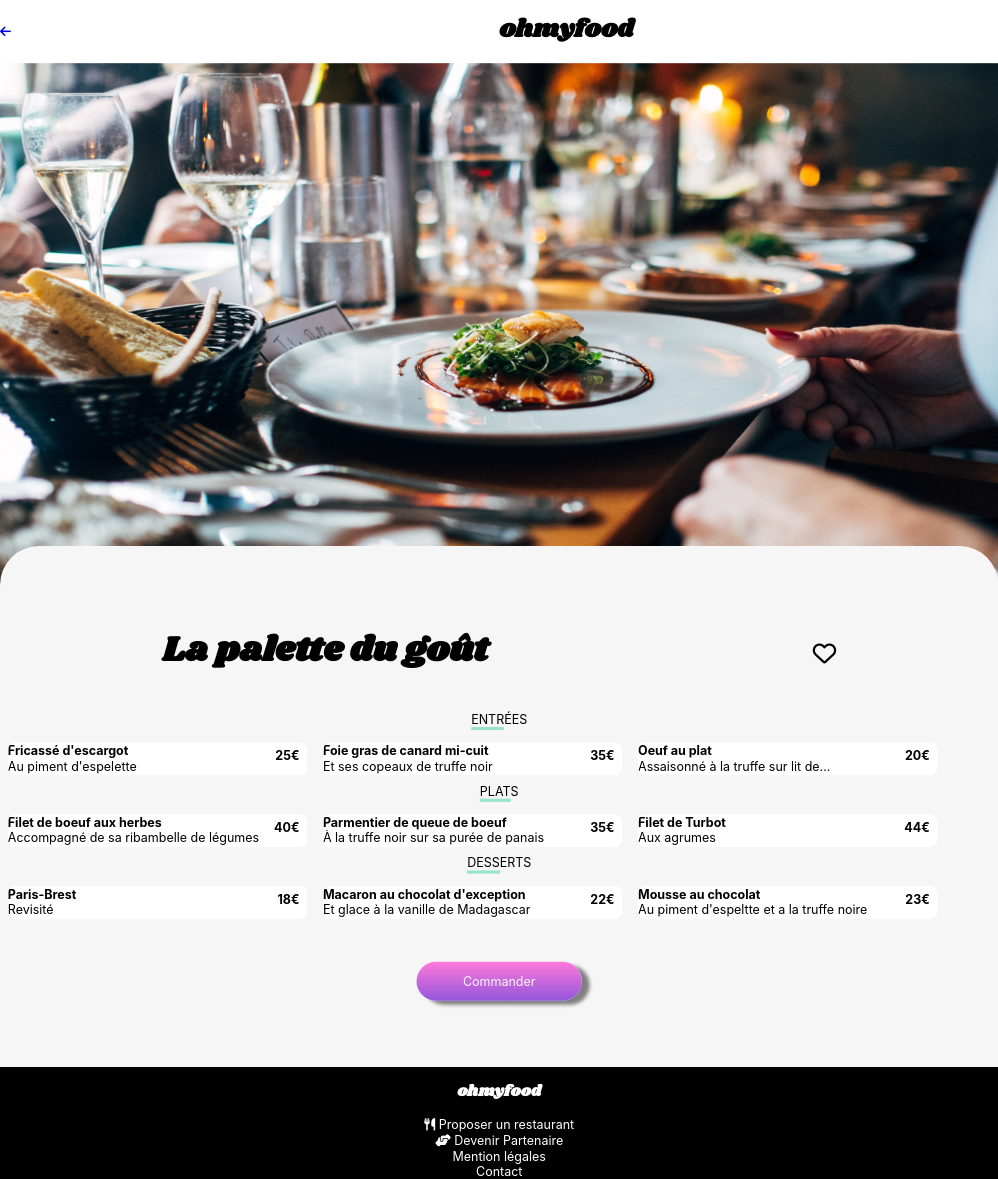
Repository: yacinebouk/ohmyfood
Page: palette.html
The author's editor kept a copy of each file at every save. The page is drawn from the files as they stood at one save, then again after the next save.
The browser window is 1280 px wide. The pictures show the whole page, at 78% of full size.
Some web libraries are served in a nearby version. The style sheet was rebuilt from its Sass, Less or Tailwind sources for each picture, by a compiler version that may differ from the author's.

Above is the page before, as saved 2022-07-07 17:38:25.

### palette.html
<!DOCTYPE html>
<html lang="fr">

<head>
    <script src="https://kit.fontawesome.com/225bbe1e2d.js" crossorigin="anonymous"></script>
    <meta charset="utf-8" />
    <title>ohmyfood</title>
    <link rel="stylesheet" href="css/francaise.css" />
    <meta name="viewport" content="width=device-width, initial-scale=1">

</head>

<body>
    <main>
        <header>
            <div class="tittle-head">
                <div class="logo-tittle"><a href="./index.html"><i class="fa-solid fa-arrow-left"></i></a></div>
                <h1 class="tittle">ohmyfood</h1>
            </div>
            <div class="img-restaurant"><img src="./images/restaurants/jay-wennington-N_Y88TWmGwA-unsplash.jpg" style="height:100%;width: 100%" class="logo" alt="francaise"></div>
        </header>
        <section class="food">
            <div class="french-tittle">
                <h2><b>La palette du goût</b> </h2>
                <div class="logo-heart"><i class="fa-regular fa-heart gradient"></i></div>
            </div>
            <div class="starter">
                <div class="tittle"><span>ENTR</span>ÉES</div>
                <div class="block">
                    <div class="border">
                        <div class="text">
                            <div class="major"><b>Fricassé d'escargot</b></div>
                            <div class="flavors">Au piment d'espelette</div>
                        </div>
                        <div class="block-price">
                            <div class="price"><b>25€</b></div>
                            <div class="icon-slide"><i class="fa-solid fa-circle-check"></i></div>
                        </div>
                    </div>
                    <div class="border">
                        <div class="text">
                            <div class="major"><b>Foie gras de canard mi-cuit</b></div>
                            <div class="flavors">Et ses copeaux de truffe noir</div>
                        </div>
                        <div class="block-price">
                            <div class="price"><b>35€</b></div>
                            <div class="icon-slide"><i class="fa-solid fa-circle-check"></i></div>
                        </div>
                    </div>
                    <div class="border">
                        <div class="text">
                            <div class="major"><b>Oeuf au plat</b></div>
                            <div class="flavors">Assaisonné à la truffe sur lit de...</div>
                        </div>
                        <div class="block-price">
                            <div class="price"><b>20€</b></div>
                            <div class="icon-slide"><i class="fa-solid fa-circle-check"></i></div>
                        </div>
                    </div>
                </div>
                <div class="dishes">
                    <div class="tittle"><span>PLAT</span>S</div>
                    <div class="block">
                        <div class="border">
                            <div class="text">
                                <div class="major"><b>Filet de boeuf aux herbes</b></div>
                                <div class="flavors">Accompagné de sa ribambelle de légumes</div>
                            </div>
                            <div class="block-price">
                                <div class="price"><b>40€</b></div>
                                <div class="icon-slide"><i class="fa-solid fa-circle-check"></i></div>
                            </div>
                        </div>
                        <div class="border">
                            <div class="text">
                                <div class="major"><b>Parmentier de queue de boeuf</b></div>
                                <div class="flavors">À la truffe noir sur sa purée de panais</div>
                            </div>
                            <div class="block-price">
                                <div class="price"><b>35€</b></div>
                                <div class="icon-slide"><i class="fa-solid fa-circle-check"></i></div>
                            </div>
                        </div>
                        <div class="border">
                            <div class="text">
                                <div class="major"><b>Filet de Turbot</b></div>
                                <div class="flavors">Aux agrumes</div>
                            </div>
                            <div class="block-price">
                                <div class="price"><b>44€</b></div>
                                <div class="icon-slide"><i class="fa-solid fa-circle-check"></i></div>
                            </div>
                        </div>
                    </div>
                </div>
            </div>
            <div class="dessert">
                <div class="tittle"><span>DESS</span>ERTS</div>
                <div class="block">
                    <div class="border">
                        <div class="text">
                            <div class="major"><b>Paris-Brest</b></div>
                            <div class="flavors">Revisité</div>
                        </div>
                        <div class="block-price">
                            <div class="price"><b>18€</b></div>
                            <div class="icon-slide"><i class="fa-solid fa-circle-check"></i></div>
                        </div>
                    </div>
                    <div class="border">
                        <div class="text">
                            <div class="major"><b>Macaron au chocolat d'exception</b></div>
                            <div class="flavors">Et glace à la vanille de Madagascar</div>
                        </div>
                        <div class="block-price">
                            <div class="price"><b>22€</b></div>
                            <div class="icon-slide"><i class="fa-solid fa-circle-check"></i></div>
                        </div>
                    </div>
                    <div class="border">
                        <div class="text">
                            <div class="major"><b>Mousse au chocolat</b></div>
                            <div class="flavors">Au piment d'espeltte et a la truffe noire</div>
                        </div>
                        <div class="block-price">
                            <div class="price"><b>23€</b></div>
                            <div class="icon-slide"><i class="fa-solid fa-circle-check"></i></div>
                        </div>
                    </div>
                </div>
            </div>
            <div class="order">
                <span>Commander</span>
            </div>
        </section>
        <footer>
            <div class="frame-end">
                <h3>ohmyfood</h3>
                <div class="end">
                    <div class="propose"> <i class="fa-solid fa-utensils"></i> Proposer un restaurant</div>
                    <div class="partner"> <i class="fa-solid fa-handshake-angle"></i> Devenir Partenaire</div>
                    <div class="mention">Mention légales</div>
                    <div class="contact">
                        <a href="mailto:lorem@hotmail.com">Contact</a></div>
                </div>
            </div>
        </footer>
    </main>
</body>

### style/francaise.scss
         @font-face {
             font-family: 'Shrikhand';
             src: url('./Shrikhand-Regular.otf');
         }

         html {
             font-family: -apple-system, BlinkMacSystemFont, 'Segoe UI', Roboto, Oxygen, Ubuntu, Cantarell, 'Open Sans', 'Helvetica Neue', sans-serif;
         }

         header {
             height: 700px;
         }

         main {
             font-size: 16px;
         }

         body {
             margin: 0;
         }

         .img-restaurant {
             height: 100%;
             position: relative;
         }

         .tittle-head {
             display: flex;
             flex-direction: row;
         }

         .logo-heart {
             text-align: center;
             padding-top: 47px;
         }

         .logo-tittle {
             padding-top: 30px;
             width: 50%;
         }

         .food {
             padding-top: 30px;
             display: flex;
             flex-direction: column;
             justify-content: center;
             background-color: #f6f6f6;
             position: relative;
             width: 100%;
             border-radius: 50px 50px 0px 0px;
             height: auto;
         }

         .french-tittle {
             font-size: 30px;
             display: flex;
             flex-direction: row;
             justify-content: center;
             padding-top: 43px;
             padding-bottom: 10px;
             justify-content: space-around;
         }

         .french-text {
             padding-right: 30px;
         }

         .tittle {
             text-align: center;
         }

         .tittle span {
             border-bottom: #99E2D0 solid 4px;
         }

         .block {
             padding-top: 10px;
             display: flex;
             flex-direction: row;
         }

         .border {
             overflow: hidden;
             margin: 10px;
             border-radius: 10px;
             background-color: white;
             width: 30%;
             display: flex;
             justify-content: space-between;
             flex-direction: row;
             opacity: 0;
         }

         .border {
             animation: slideUp 1s forwards;
         }

         .border:nth-child(1) {
             animation-delay: .25s;
         }

         .border:nth-child(2) {
             animation-delay: 0.5s;
         }

         .border:nth-child(3) {
             animation-delay: 0.75s;
         }

         @keyframes slideUp {
             0% {
                 transform: translateY(20px);
             }
             100% {
                 transform: translateY(0px);
                 opacity: 1;
             }
         }

         .price {
             align-items: end;
             display: flex;
             padding: 15px 0px;
             padding-top: 7px;
             margin-right: 10px;
             transition-duration: 1000ms;
             & b {
                 overflow: hidden;
                 text-overflow: ellipsis;
                 transition-duration: 1000ms;
             }
         }

         footer {
             position: relative;
             clear: both;
         }

         .order {
             padding-top: 60px;
             text-align: center;
             padding-bottom: 100px;
         }

         .frame-end {
             text-align: center;
             background-color: black;
             color: white;
             display: flex;
             flex-direction: column;
         }

         h3 {
             font-family: 'Shrikhand';
             font-size: 20px;
         }

         h1 {
             font-family: 'Shrikhand';
         }

         h2 {
             font-family: 'Shrikhand';
         }

         .order span {
             box-shadow: grey 10px 5px 5px;
             background: linear-gradient(#FF79DA, #9356DC);
             border-radius: 50px 50px;
             padding: 15px 60px 15px 60px;
             color: #f6f6f6;
         }

         .border:hover .icon-slide {
             width: 40px;
         }

         .border:hover .icon-slide>i {
             transform: rotate(360deg);
         }

         .border:after .icon-slide {
             width: 10px;
         }

         .flavors {
             white-space: nowrap;
             overflow: hidden;
             text-overflow: ellipsis;
             display: block;
             width: 100%;
         }

         .icon-slide {
             transition: width 0.5s ease;
             width: 0px;
             align-items: center;
             background-color: #99E2D0;
             color: white;
             display: flex;
             justify-content: center;
             align-items: center;
             i {
                 transition: 0.5s;
             }
         }

         .text {
             overflow: hidden;
             text-overflow: ellipsis;
         }

         .flavors {
             overflow: hidden;
             text-overflow: ellipsis;
         }

         .major b {
             overflow: hidden;
             text-overflow: ellipsis;
             white-space: nowrap;
         }

         .major {
             overflow: hidden;
             text-overflow: ellipsis;
         }

         .block-price {
             display: flex;
             overflow: hidden;
         }

         .contact a {
             text-decoration: none white;
             color: white;
         }

         heart {
             cursor: pointer;
         }

         .heart-regular {
             z-index: 1;
             position: relative;
         }

         .heart-solid {
             visibility: hidden;
             z-index: 1;
             position: relative;
             font-weight: 900;
             background-image: linear-gradient(#9356DC, #FF79DA);
             -webkit-text-fill-color: transparent;
         }

         @keyframes colorout {
             0% {
                 opacity: 1;
             }
             100% {
                 opacity: 0;
             }
         }

         @keyframes colorin {
             0% {
                 opacity: 0;
             }
             100% {
                 opacity: 1;
             }
         }

         @media screen and (min-width: 320px) and (max-width: 768px) {
             .starter {
                 display: flex;
                 justify-content: space-between;
                 flex-direction: column;
             }
             header {
                 height: 400px;
             }
             .block {
                 display: flex;
                 justify-content: space-between;
                 flex-direction: column;
             }
             .border {
                 width: auto;
             }
             .french-tittle {
                 justify-content: space-between;
                 margin-left: 15px;
                 padding-top: 0;
             }
             .tittle {
                 text-align: initial;
                 margin-left: 15px;
             }
             h1 {
                 font-size: 24px;
             }
             .logo-heart {
                 padding-top: 13px;
                 margin-right: 20px;
             }
             .logo-tittle {
                 padding-top: 20px;
             }
             .tittle-head {
                 margin: 0;
                 padding: 0;
                 width: 50%;
             }
             .frame-end {
                 text-align: initial;
             }
             h2 {
                 margin-left: 15px;
                 font-size: 30px;
             }
             .end {
                 margin-left: 15px;
             }
             h3 {
                 margin-left: 15px;
             }
         }

After the next save:
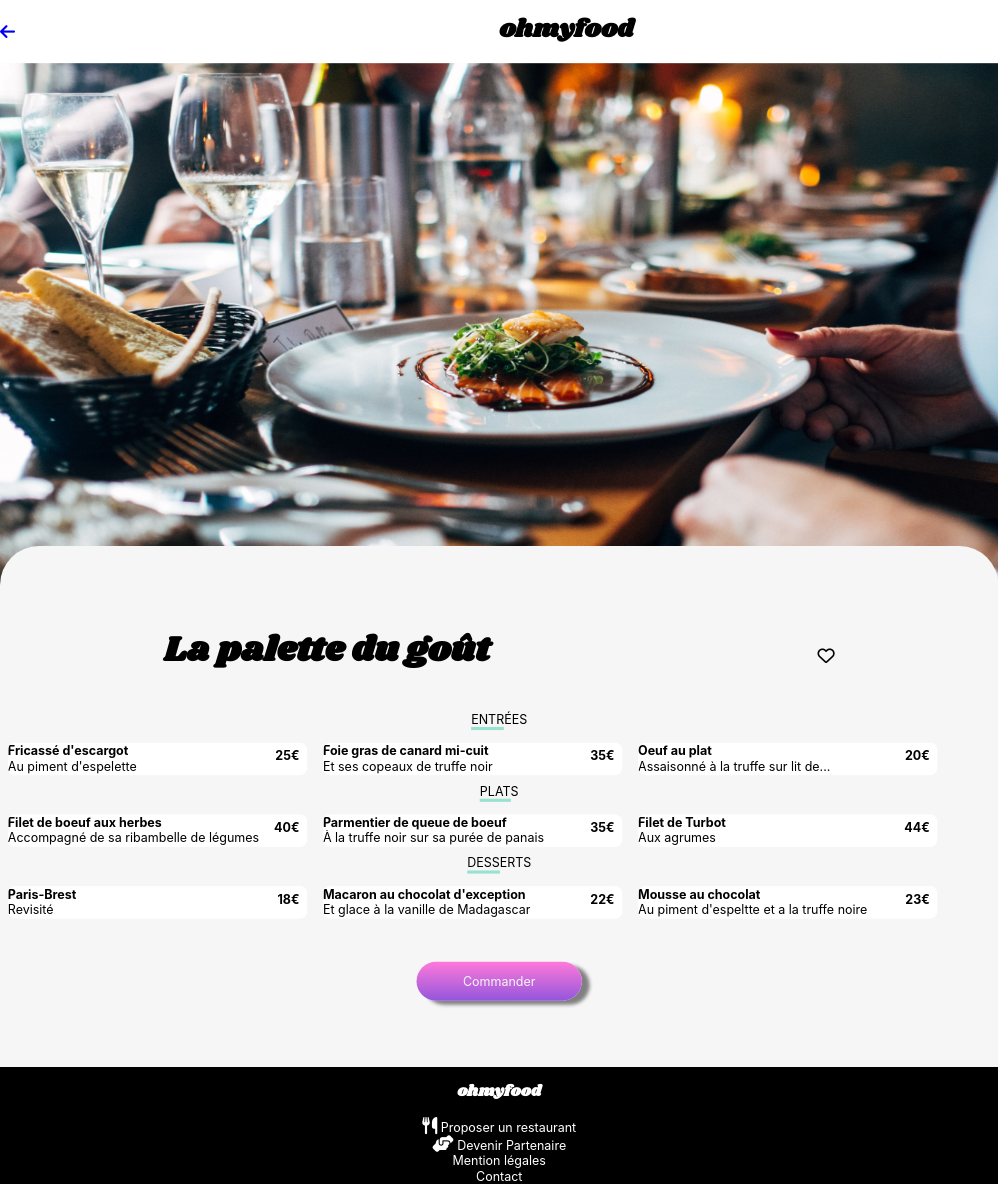
Saved 18 s later.
--- a/style/francaise.scss
+++ b/style/francaise.scss
@@ -236,38 +236,60 @@
              color: white;
          }
 
-         heart {
+         .heart {
+             height: 100%;
+             width: 100px;
+             margin-bottom: auto;
+             min-height: 48px;
+             display: flex;
+             justify-content: center;
+             align-items: center;
              cursor: pointer;
-         }
-
-         .heart-regular {
-             z-index: 1;
-             position: relative;
+             button {
+                 height: 100%;
+                 background-color: transparent;
+                 background-repeat: no-repeat;
+                 display: flex;
+                 justify-content: center;
+                 align-items: center;
+                 cursor: pointer;
+                 border: none;
+                 cursor: pointer;
+                 overflow: hidden;
+                 outline: none;
+                 &:focus {
+                     .heart-solid {
+                         animation: 3s colorin;
+                         display: flex;
+                     }
+                     .heart-regular {
+                         display: none;
+                     }
+                 }
+             }
          }
 
          .heart-solid {
-             visibility: hidden;
-             z-index: 1;
-             position: relative;
+             display: none;
              font-weight: 900;
+             background-clip: text;
+             -webkit-background-clip: text;
+             -moz-background-clip: text;
              background-image: linear-gradient(#9356DC, #FF79DA);
              -webkit-text-fill-color: transparent;
          }
 
-         @keyframes colorout {
-             0% {
-                 opacity: 1;
-             }
-             100% {
-                 opacity: 0;
-             }
+         i {
+             font-size: 22px;
          }
 
          @keyframes colorin {
              0% {
+                 visibility: hidden;
                  opacity: 0;
              }
              100% {
+                 visibility: visible;
                  opacity: 1;
              }
          }
